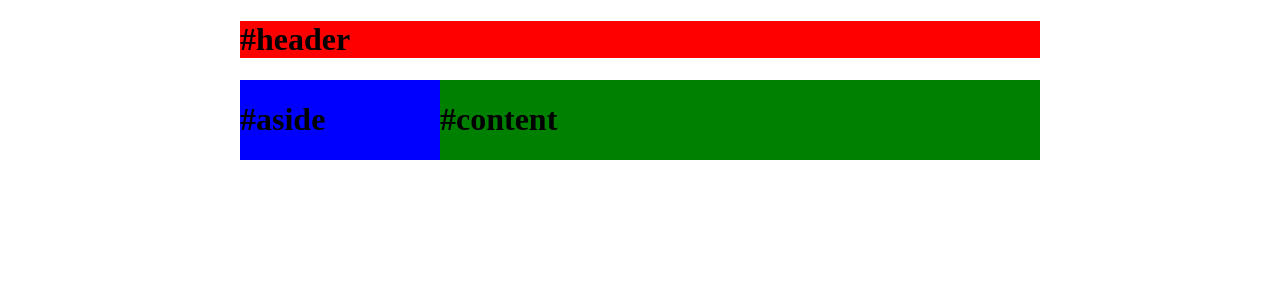
Repository: LucestDail/WebEclipse-Workspace
Page: htmlProject/WebContent/cssEx2.html
The author's editor kept a copy of each file at every save. The page is drawn from the files as they stood at one save, then again after the next save.
The browser window is 1280 px wide. The pictures show the whole page.

Above is the page before, as saved 2020-11-06 05:37:23.

After the next save:
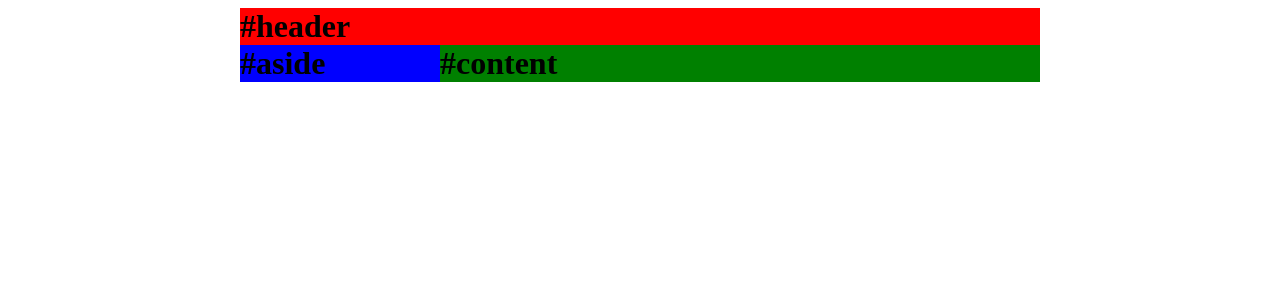
Saved 64 s later.
--- a/htmlProject/WebContent/cssEx2.html
+++ b/htmlProject/WebContent/cssEx2.html
@@ -1,10 +1,10 @@
 <!DOCTYPE html>
 <html>
 <head>
-<meta charset="UTF-8">
+<meta charset="UTF-8	">
 <title>id attribute value selection</title>
 <style type = "text/css">
-	#h1{
+	h1{
 		margin:0 auto;
 	}
 	#header{
